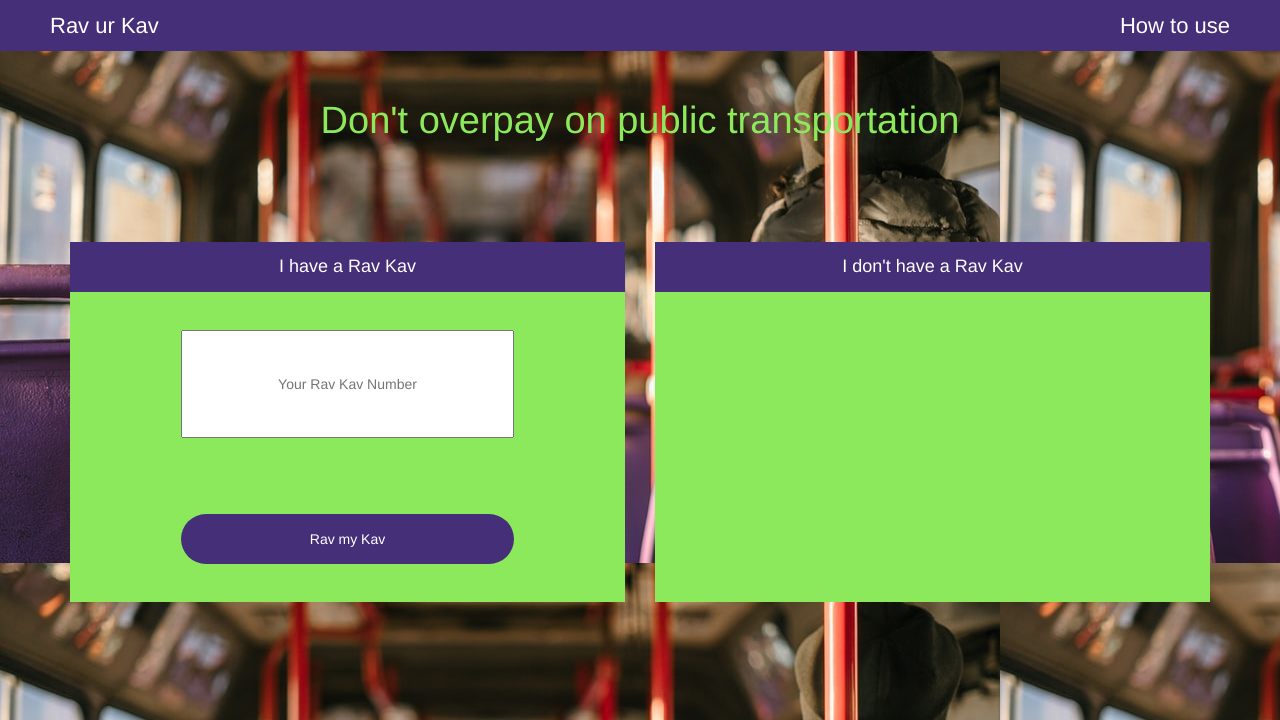
Repository: Louhla/Rav-ur-Kav
Page: index.html
The author's editor kept a copy of each file at every save. The page is drawn from the files as they stood at one save, then again after the next save.
The browser window is 1280 px wide. The pictures show the whole page.

Above is the page before, as saved 2019-07-17 16:18:35.

After the next save:
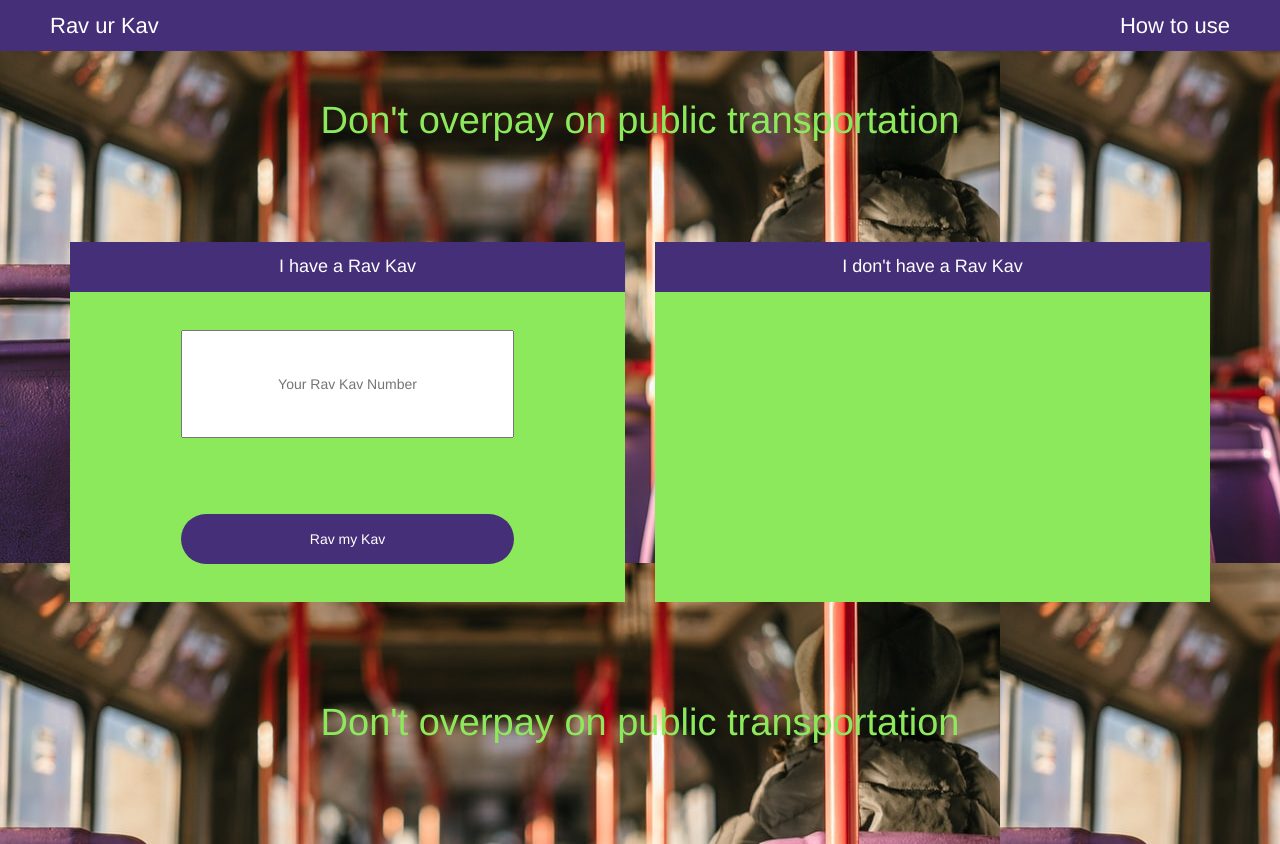
Saved 4 min 30 s later.
--- a/index.html
+++ b/index.html
@@ -54,6 +54,11 @@
                 </div>
             </div>
         </div>
+        <div class="row">
+                <div class="col-md-12">
+                    <h1>Don't overpay on public transportation</h1>
+                </div>
+            </div>
     </div>
     <script type="text/javascript" src="./js/rav-ur-kav.js"></script>
 </body>
